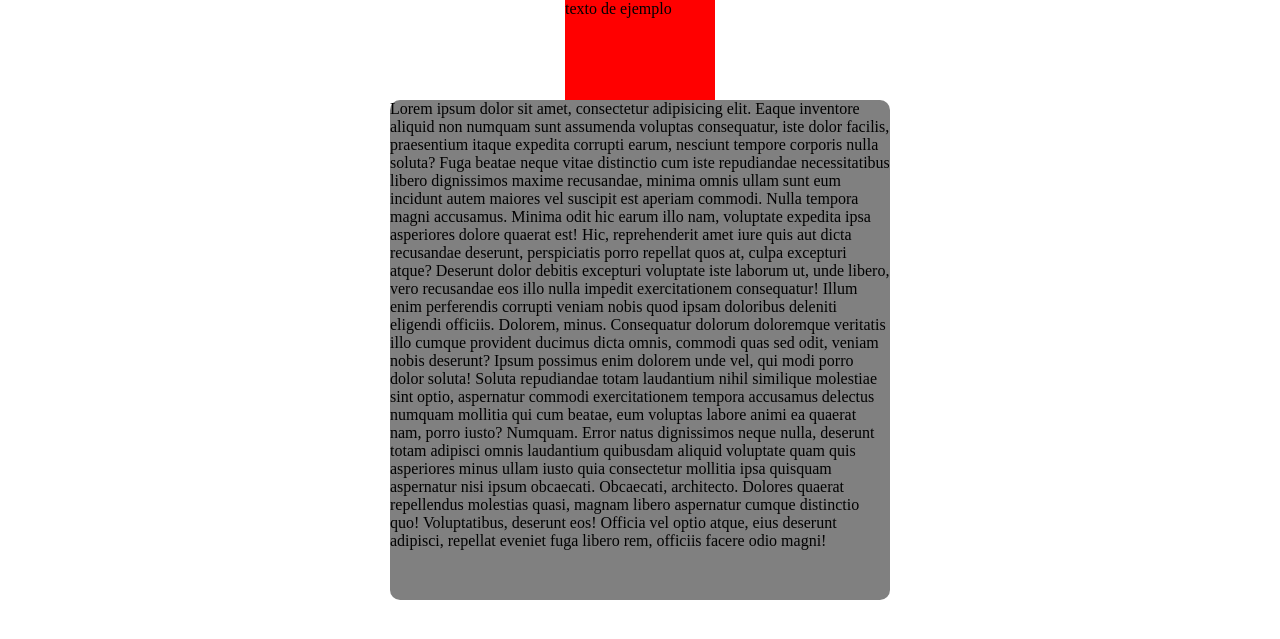
Repository: Daniel009980/daniel0099980
Page: desafio/index.html
The author's editor kept a copy of each file at every save. The page is drawn from the files as they stood at one save, then again after the next save.
The browser window is 1280 px wide. The pictures show the whole page.

Above is the page before, as saved 2022-09-19 01:17:32.

After the next save:
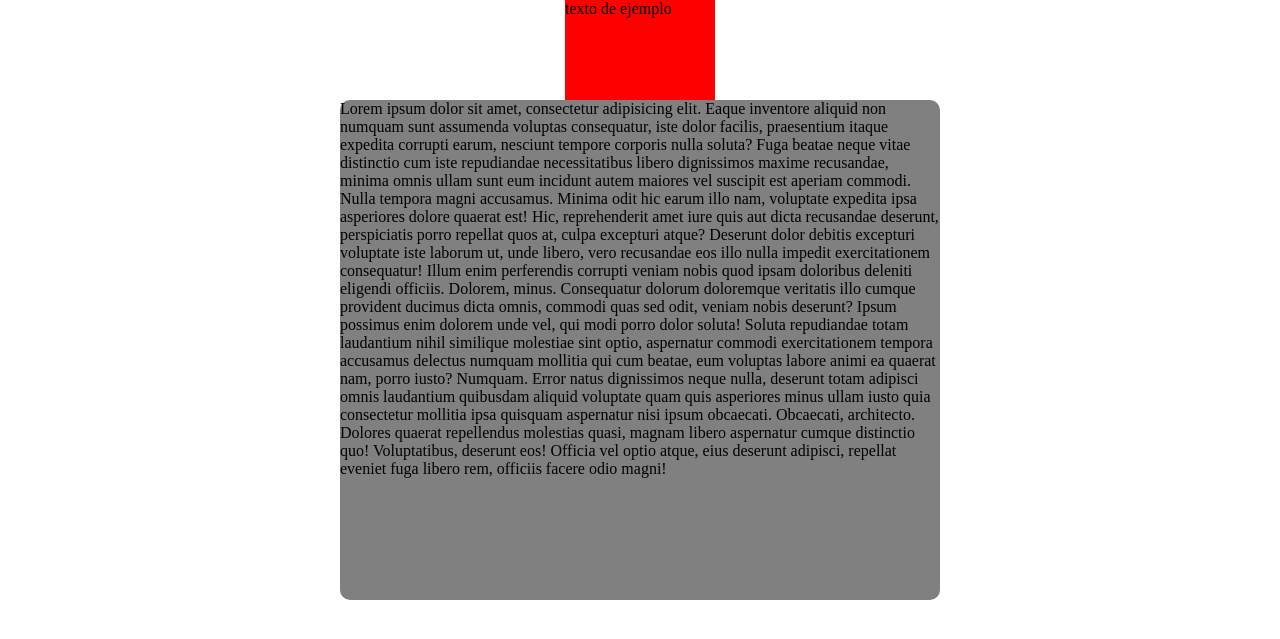
Saved 14 s later.
--- a/desafio/style.css
+++ b/desafio/style.css
@@ -16,7 +16,7 @@ section{
     border-radius: 10px;
     width: 80%;
     min-width: 420px;
-    max-width: 500px;               /* esto es para delimitar el tamaño del ancho de la seccionq ue estamos mandando a llamar */
+    max-width: 600px;               /* esto es para delimitar el tamaño del ancho de la seccionq ue estamos mandando a llamar */
     min-height: 500px;                  /* aqui le estamo diciendoa la seccion que su tamaño minimo sera de 500 pixeles pero si tiene mas contenido no deja de crecer hasta que el contenido termine de crecer y asi evitamos el overflow de contenido */
     margin: 0 auto;                         /* aqui significa que le agregue 0 de arriba y abajo pero que de los lados lo ajuste automaticamente por eso queda cemtrado */
     background-color: grey;
